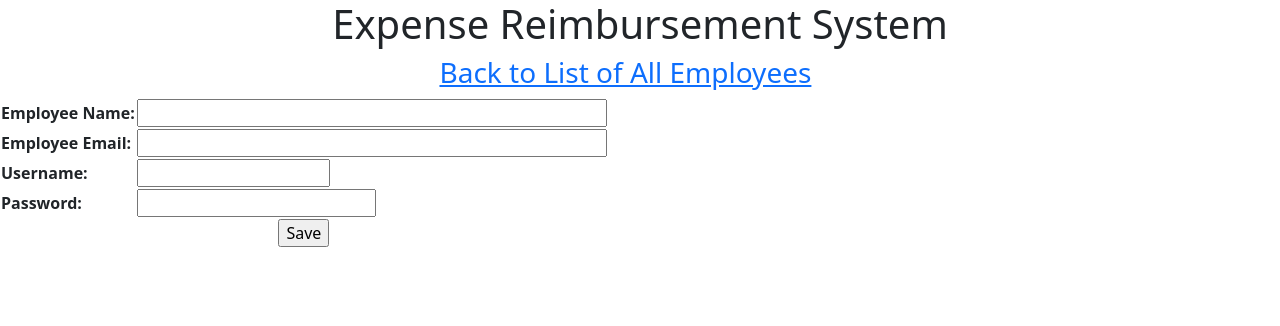
Repository: CCunningham0/project1
Page: http://localhost/reimbursement/employee-form.jsp
The author's editor kept a copy of each file at every save. The page is drawn from the files as they stood at one save, then again after the next save.
The browser window is 1280 px wide. The pictures show the whole page.
The page is served by Tomcat 10. Other server files are loaded and not shown.

Above is the page before, as saved 2021-09-07 05:21:49.

### reimbursement/src/main/webapp/employee-form.jsp
<html>
<head>
<meta charset="UTF-8">
<title>Expense Reimbursement System</title>
<link href="https://cdn.jsdelivr.net/npm/bootstrap@5.1.0/dist/css/bootstrap.min.css" rel="stylesheet" integrity="sha384-KyZXEAg3QhqLMpG8r+8fhAXLRk2vvoC2f3B09zVXn8CA5QIVfZOJ3BCsw2P0p/We" crossorigin="anonymous">
<script src="https://cdn.jsdelivr.net/npm/bootstrap@5.1.0/dist/js/bootstrap.bundle.min.js" integrity="sha384-U1DAWAznBHeqEIlVSCgzq+c9gqGAJn5c/t99JyeKa9xxaYpSvHU5awsuZVVFIhvj" crossorigin="anonymous"></script>
<script type="text/javascript" language="javascript" src="https://code.jquery.com/jquery-3.5.1.js"></script>
<script type="text/javascript">
</script>

	</head>
	 <center>
  <h1>Expense Reimbursement System</h1>
        <h3>
         <a href="employee-list.jsp">Back to List of All Employees</a>
         &nbsp;&nbsp;&nbsp;
         <!-- <a href="list">List All Employee</a> -->

        </h3>
 </center>
<body>
<!-- <center>
        <form method="post" action="add">
        <table>
        	<tr>
        		<td>Name:<input type="text" name="name" /></td>
        	</tr>
        	<tr>
        		<td>Email:<input type="text" name="email" /></td>
        	</tr>
        	<tr>
        		<td>Username:<input type="text" name="username" /></td>
        	</tr>
        	<tr>
        		<td>Password:<input type="text" name="password" /></td>
       		 </tr>
       		 <tr>
        		<td><input type="submit" value="register" /></td>
        	</tr>

        </table>

        </form>
 </center> -->



   <div style="text-align:center;">

   <form action="http://localhost:8080/reimbursement/EmployeeServlet?action=add" method="post">
        <table>
        <tr>
                <th>Employee Name: </th>
                <td>
                 <input type="text" name="name" size="45"

                  />
                </td>
            </tr>
            <tr>
                <th>Employee Email: </th>
                <td>
                 <input type="text" name="email" size="45"

                 />
                </td>
            </tr>
            <tr>
                <th>Username: </th>
                <td>
                 <input type="text" name="username" size="15"

                 />
                </td>
            </tr>
            <tr>
                <th>Password: </th>
                <td>
                 <input type="number" name="password" size="15"/>
                </td>
            </tr>
            <!-- <tr>
                <th>Type </th>
                <td>
				  <input type="radio" id="emp" name="type" value="Employee">
				  <label for="emp">Employee</label>
				  <br>
				  <input type="radio" id="manager" name="type" value="Finance manager">
				  <label for="manager">Finance manager</label>
                </td>
            </tr> -->
            <tr>
             <td colspan="2" align="center">
              <input type="submit" value="Save" />
             </td>
            </tr>
        </table>
   </form>
  </div>

</body>
</html>

After the next save:
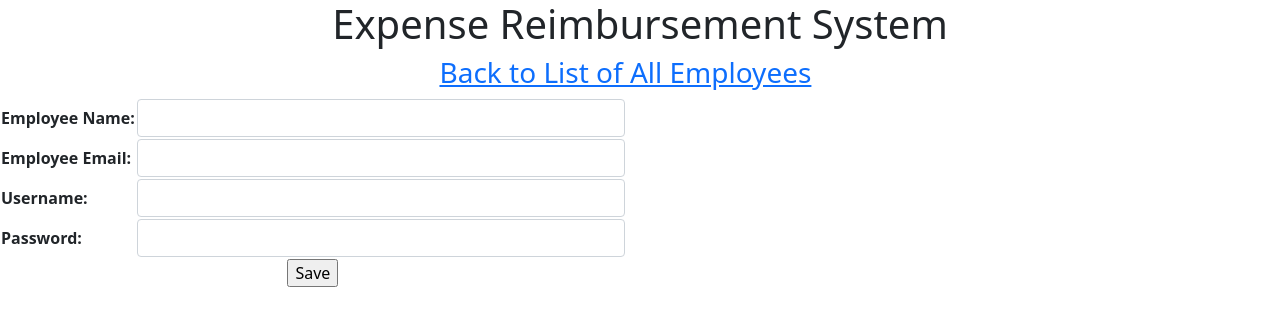
Saved 2 min 53 s later.
--- a/reimbursement/src/main/webapp/employee-form.jsp
+++ b/reimbursement/src/main/webapp/employee-form.jsp
@@ -52,7 +52,7 @@
         <tr>
                 <th>Employee Name: </th>
                 <td>
-                 <input type="text" name="name" size="45"
+                 <input class="form-control" type="text" name="name" size="45"
 
                   />
                 </td>
@@ -60,7 +60,7 @@
             <tr>
                 <th>Employee Email: </th>
                 <td>
-                 <input type="text" name="email" size="45"
+                 <input class="form-control"  type="text" name="email" size="45"
 
                  />
                 </td>
@@ -68,7 +68,7 @@
             <tr>
                 <th>Username: </th>
                 <td>
-                 <input type="text" name="username" size="15"
+                 <input class="form-control"  type="text" name="username" size="15"
 
                  />
                 </td>
@@ -76,7 +76,7 @@
             <tr>
                 <th>Password: </th>
                 <td>
-                 <input type="number" name="password" size="15"/>
+                 <input class="form-control" type="number" name="password" size="15"/>
                 </td>
             </tr>
             <!-- <tr>
